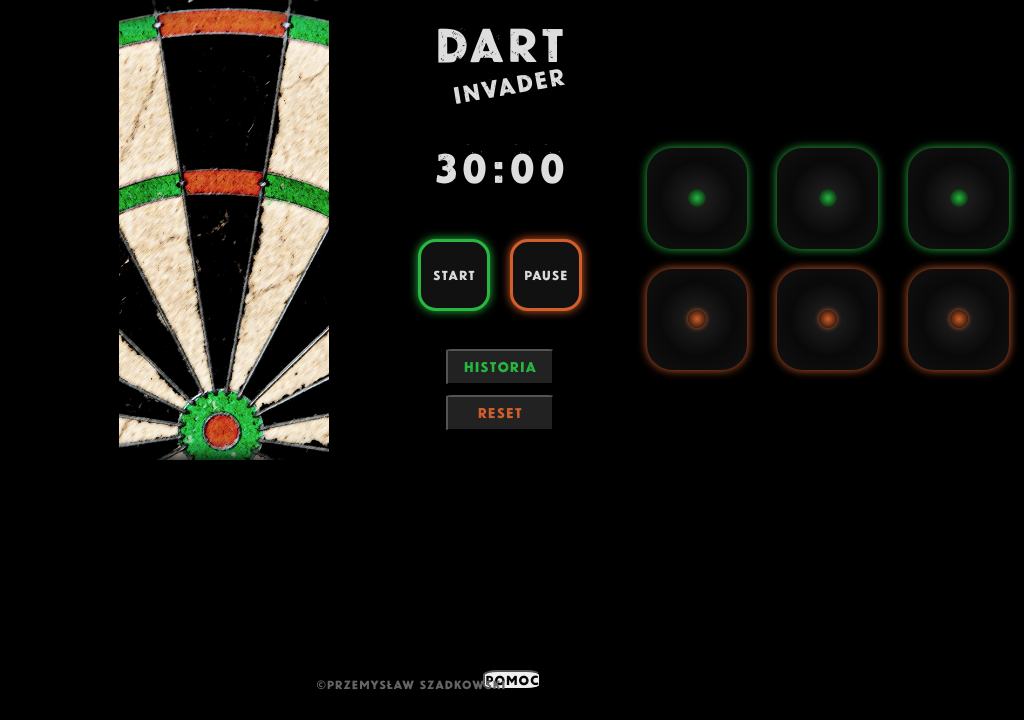
Repository: Przemek-Szadkowski/dart_invader
Page: index.html
These files come from the project's save history. The page is drawn as it stood at one moment and after the next save; the edit follows.
The browser window is 1024 px wide. The pictures show the whole page.

Above is the page before, as saved 2021-10-03 16:28:13.

### index.html
<!DOCTYPE html>
<html lang="pl">
  <head>
    <meta charset="UTF-8" />
    <meta name="viewport" content="width=device-width, initial-scale=1.0" />
    <meta http-equiv="X-UA-Compatible" content="ie=edge" />
    <title>Home | Dart Invader</title>
    <meta name="description" content="The best place to improve your darts" />
    <link rel="stylesheet" href="css/small.css" />
    <meta
      name="keywords"
      content="dart, practice, dart practice, dart training"
    />
    <meta name="robots" content="index,follow" />

    <!-- favicon -->
    <link
      rel="apple-touch-icon"
      sizes="57x57"
      href="./img/favicon/apple-icon-57x57.png"
    />
    <link
      rel="apple-touch-icon"
      sizes="60x60"
      href="./img/favicon/apple-icon-60x60.png"
    />
    <link
      rel="apple-touch-icon"
      sizes="72x72"
      href="./img/favicon/apple-icon-72x72.png"
    />
    <link
      rel="apple-touch-icon"
      sizes="76x76"
      href="./img/favicon/apple-icon-76x76.png"
    />
    <link
      rel="apple-touch-icon"
      sizes="114x114"
      href="./img/favicon/apple-icon-114x114.png"
    />
    <link
      rel="apple-touch-icon"
      sizes="120x120"
      href="./img/favicon/apple-icon-120x120.png"
    />
    <link
      rel="apple-touch-icon"
      sizes="144x144"
      href="./img/favicon/apple-icon-144x144.png"
    />
    <link
      rel="apple-touch-icon"
      sizes="152x152"
      href="./img/favicon/apple-icon-152x152.png"
    />
    <link
      rel="apple-touch-icon"
      sizes="180x180"
      href="./img/favicon/apple-icon-180x180.png"
    />
    <link
      rel="icon"
      type="image/png"
      sizes="192x192"
      href="./img/favicon/android-icon-192x192.png"
    />
    <link
      rel="icon"
      type="image/png"
      sizes="32x32"
      href="./img/favicon/favicon-32x32.png"
    />
    <link
      rel="icon"
      type="image/png"
      sizes="96x96"
      href="./img/favicon/favicon-96x96.png"
    />
    <link
      rel="icon"
      type="image/png"
      sizes="16x16"
      href="./img/favicon/favicon-16x16.png"
    />
    <link rel="manifest" href="./img/favicon/manifest.json" />
    <meta name="msapplication-TileColor" content="#ffffff" />
    <meta
      name="msapplication-TileImage"
      content="./img/favicon/ms-icon-144x144.png"
    />
    <meta name="theme-color" content="#ffffff" />
  </head>

  <body>
    <div class="dashboard">
      <div class="modal_outer">
        <div class="modal_inner">
          <button class="modal_reset">reset</button>
        </div>
      </div>
      <div class="history_modal_outer">
        <div class="history_modal_inner">
          <div class="table_container">
            <table class="results"></table>
          </div>
          <button class="history_reset">zamknij</button>
        </div>
      </div>
      <div class="hint">
        <div class="text"></div>
        <button class="next">dalej</button>
      </div>
      <main>
        <div class="screen">
          <p class="bigNumber"></p>
          <p class="smallNumber"></p>
          <p class="double"></p>
          <p class="triple"></p>
          <p class="bull"></p>
        </div>
      </main>
      <div class="panel">
        <header>
          <h1>Dart <span>Invader</span></h1>
        </header>
        <aside>
          <p class="timer"></p>
          <div class="controllers">
            <button class="start">start</button>
            <button class="pause">pause</button>
          </div>
          <div class="history_container">
            <div class="history">
              <button class="history_button">historia</button>
            </div>
            <div class="reset">
              <button class="reset_button">reset</button>
            </div>
          </div>
        </aside>
      </div>
    </div>
    <div class="buttons">
      <button class="first dart green"></button>
      <button class="second dart green"></button>
      <button class="third dart green"></button>
      <button class="first dart red"></button>
      <button class="second dart red"></button>
      <button class="third dart red third"></button>
    </div>
    <footer>
      <button class="help">pomoc</button
      ><a href="mailto:przemoszadkowski@o2.pl">&copy;Przemysław Szadkowski</a>
    </footer>
    <script type="module" src="./src/main.js"></script>
  </body>
</html>

### css/small.css
@font-face {
  font-family: BasicRusty;
  src: url(./Newcastle-BasicRusty.otf);
}

* {
  margin: 0;
  padding: 0;
  box-sizing: border-box;
}

html {
  font-family: BasicRusty, arial, sans-serif;
  font-size: 12px;
  color: #ddd;
  background-color: #111;
}

body {
  position: relative;
  height: 100vh;
  width: 100%;
  max-width: 500px;
  min-width: 230px;
  display: grid;
  grid-template-rows: 2fr 1fr 30px;
  background-color: black;
  margin: 0 auto;
}

.dashboard {
  grid-column-start: 1;
  grid-column-end: 3;
  display: grid;
  grid-template-columns: 2fr 1fr;
  justify-self: center;
}

.panel.disactive,
.buttons.disactive {
  pointer-events: none;
}

.panel {
  display: grid;
  grid-template-rows: 1fr 3fr;
}

button {
  font-family: BasicRusty, arial, sans-serif;
  border-radius: 25%;
}

button:focus {
  outline: none;
}

button:hover {
  cursor: pointer;
}

header,
.controllers,
.history {
  justify-self: center;
  align-self: center;
}

h1 {
  font-size: 4rem;
  padding: 0 5px;
}

h1 span {
  display: block;
  font-size: 2rem;
  text-align: right;
  transform: rotate(-10deg);
}

aside {
  display: grid;
  justify-self: center;
  align-self: center;
  grid-template-rows: repeat(3, 1fr);
}

aside p {
  font-size: 4rem;
  text-align: center;
}

aside .controllers {
  display: grid;
  grid-template-columns: repeat(2, 1fr);
  padding-bottom: 25px;
}

aside .controllers button {
  width: 10vh;
  height: 10vh;
  margin: 0 10px;
}

.start,
.pause {
  background-color: #111;
  color: #ddd;
  transition: 0.5s;
}

.start:disabled,
.pause:disabled {
  opacity: 0.2;
}

.start:focus,
.pause:focus {
  outline-style: none;
}

.start {
  border: 3px solid #28b741;
  box-shadow: 0 0 10px #28b741;
}

.pause {
  border: 3px solid #d15e2b;
  box-shadow: 0 0 10px #d15e2b;
}

.start:hover {
  color: #28b741;
  text-shadow: 0 0 10px #28b741;
}

.pause:hover {
  color: #d15e2b;
  text-shadow: 0 0 10px #d15e2b;
}

aside .history_container {
  display: grid;
  grid-template-rows: 1fr 1fr;
  justify-content: center;
  align-content: center;
}

div.history_container div {
  padding: 5px 10px;
}

div.history {
  margin-top: 5px;
}

div.history_container div button {
  width: 15vh;
  height: 5vh;
  background-color: #222;
  transition: 0.5s;
  border-radius: 5%;
  font-size: 1.2rem;
}

.reset_button {
  color: #d15e2b;
}

.history_button {
  color: #28b741;
}

.reset_button:hover {
  color: #e93717;
  background-color: #333;
}

.history_button:hover {
  color: #20d410;
  background-color: #333;
}

.history_button:disabled {
  background-color: #555;
  opacity: 0.2;
}

main {
  display: grid;
  justify-items: center;
  align-items: center;
}

div.screen {
  width: 100%;
  height: 100%;
  background-image: url(../img/small2.jpg);
  background-repeat: no-repeat;
  background-size: auto 100%;
  background-position: 50% 50%;
  position: relative;
}

/* drawing numbers block - START */

div.screen p.bigNumber,
div.screen p.smallNumber,
div.screen p.double,
div.screen p.bull,
div.screen p.triple {
  display: none;
}

div.screen p.bigNumber.visible,
div.screen p.smallNumber.visible,
div.screen p.double.visible,
div.screen p.bull.visible,
div.screen p.triple.visible {
  display: initial;
  position: absolute;
  top: 10%;
  left: 50%;
  transform: translateX(-50%);
  font-size: 6rem;
}

div.screen p.bigNumber.visible.anim,
div.screen p.smallNumber.visible.anim,
div.screen p.double.visible.anim,
div.screen p.bull.visible.anim,
div.screen p.triple.visible.anim {
  animation: numberShowing 2s;
}

div.screen p.smallNumber.visible {
  top: 45%;
  left: 50%;
  font-size: 4rem;
}

div.screen p.double.visible {
  top: -1%;
  left: 50%;
  font-size: 3rem;
}

div.screen p.bull.visible {
  top: 84%;
  left: 50%;
  font-size: 5rem;
}

div.screen p.triple.visible {
  top: 34%;
  left: 50%;
  font-size: 3rem;
}

/* drawing numbers block - END */

.buttons {
  grid-column-start: 1;
  grid-column-end: 3;
  display: grid;
  grid: 1fr 1fr / repeat(3, 1fr);
  justify-self: center;
  align-self: center;
}

.buttons button {
  position: relative;
  width: 10vh;
  height: 10vh;
  margin: 10px 15px;
  font-size: 1.5rem;
  background-image: radial-gradient(#000, #111);
  color: white;
  border-style: none;
}

.buttons button.green {
  box-shadow: 0 0 10px #28b741;
}

.buttons button.red {
  box-shadow: 0 0 10px #d15e2b;
}

.buttons button:focus {
  outline-style: none;
  border-style: inset;
}

.buttons button::after {
  content: "";
  position: absolute;
  top: 50%;
  left: 50%;
  width: 3em;
  height: 3em;
  transform: translate(-50%, -50%);
  background-image: radial-gradient(#222, #000);
  border-radius: 50%;
}

.buttons button::before {
  content: "";
  position: absolute;
  top: 50%;
  left: 50%;
  width: 1em;
  height: 1em;
  transform: translate(-50%, -50%);
  background-image: radial-gradient(#28b741, #000);
  border-radius: 50%;
  z-index: 1;
  transition: 0.3s;
}

.buttons button.score::before {
  width: 7vh;
  height: 7vh;
  box-shadow: 0 0 5px #28b741;
}

.buttons button:nth-child(4)::before,
.buttons button:nth-child(5)::before,
.buttons button:nth-child(6)::before {
  background-image: radial-gradient(#d15e2b, #000);
  box-shadow: 0 0 5px #d15e2b;
}

footer {
  grid-column-start: 1;
  grid-column-end: 3;
  text-align: center;
}

footer a {
  color: #666;
  text-transform: uppercase;
  text-decoration: none;
}

/* modal */

.modal_outer,
.history_modal_outer {
  display: none;
}

.modal_outer.visible,
.history_modal_outer.visible {
  display: initial;
  position: absolute;
  top: 0%;
  left: 0%;
  width: 100%;
  height: 100%;
  background-color: #000;
  opacity: 0.9;
  z-index: 2;
}

.modal_inner,
.history_modal_inner {
  display: grid;
  grid-template-columns: 1fr;
  grid-template-rows: 3fr;
  align-content: center;
  justify-content: center;
  position: absolute;
  top: 5%;
  left: 5%;
  right: 5%;
  bottom: 5%;
  border-radius: 4%;
  background-color: white;
  opacity: 0.9;
  z-index: 3;
}

.history_modal_inner {
  justify-content: stretch;
  align-content: space-around;
  grid-template-rows: 80% 1fr;
}

.modal_inner p {
  font-size: 4rem;
  text-align: center;
  color: #000;
  opacity: 1;
  align-items: center;
  justify-items: center;
}

.modal_inner p + p {
  font-size: 8rem;
}

.modal_inner button,
.history_modal_inner button {
  margin-top: 30%;
  padding: 3px;
  width: 50%;
  height: 4rem;
  border-radius: 5%;
  justify-self: center;
  font-size: 2rem;
  transition: 0.5s;
}

.history_modal_inner button {
  margin-top: 10%;
}

.modal_inner button:hover,
.history_modal_inner button:hover {
  background-color: #222;
  color: white;
}

.history_modal_inner table {
  margin: 0 20px;
  color: #000;
  font-size: 1.2rem;
  border: 1px solid black;
}

.table_container {
  width: 100%;
  display: grid;
  justify-content: stretch;
  overflow: scroll;
  margin-top: 30px;
}

table td {
  text-align: center;
}

table tr:nth-of-type(2n) {
  background-color: #ddd;
}

table th {
  background-color: #aaa;
}

/* help division */

#help {
  position: absolute;
  width: 16%;
  height: 5%;
  bottom: 1%;
  left: 1%;
  color: #fff;
  font-size: 1rem;
  border-radius: 0%;
  background-color: #555;
  border-radius: 5%;
  border: 2px solid #fff;
  opacity: 0.3;
  transition: 0.5s;
}

#help:hover {
  background-color: #999;
}

.hint {
  display: none;
}

.hint.visible {
  display: grid;
  position: absolute;
  top: 50%;
  left: 50%;
  transform: translate(-50%, -50%);
  padding: 10px 10px 20px;
  background-color: #fff;
  opacity: 0.9;
  border-radius: 5%;
  width: 80%;
  z-index: 4;
  transition: 0.1s;
}

.hint.visible.second {
  top: 20%;
  transform: translateX(-50%);
}

.hint.visible.third {
  top: 65%;
}

.hint.visible.fourth {
  top: 10%;
}

.hint.visible.fifth {
  top: 50%;
}

.hint.visible.seventh {
  top: 5%;
}

.hint.visible.eight {
  top: 30%;
}

.hint.visible.ninth {
  top: 61%;
}

.hint.visible.tenth {
  top: 50%;
  padding: 25px;
}

.hint.visible p {
  font-size: 1.2rem;
  color: #000;
  padding: 10px;
  text-align: center;
}

.hint.visible button {
  height: 140%;
  justify-self: end;
  margin-right: 3%;
  border-radius: 0%;
  width: 30%;
  background-color: #ccc;
  opacity: 0.8;
  color: #000;
  font-size: 1.2rem;
  border: 3px solid #000;
}

@media (orientation: landscape) and (max-width: 1100px) {
  body {
    max-width: 100%;
    grid-template-columns: 2fr 1fr 1fr;
    align-content: center;
  }

  .start,
  .pause {
    width: 15vh;
  }

  .reset_button,
  .history_button {
    width: 23vh;
    height: 7vh;
  }

  .buttons {
    height: 40%;
    grid-column-start: 3;
    grid-column-end: 4;
  }

  .buttons button {
    width: 14vh;
    height: 14vh;
  }

  .buttons button::after {
    width: 10vh;
    height: 10vh;
  }

  footer {
    grid-column-start: 1;
    grid-column-end: 4;
    align-self: end;
  }

  footer a {
    display: block;
    text-align: left;
    margin-left: 60px;
    position: absolute;
    width: 50%;
    height: 5%;
    bottom: 1%;
    left: 50%;
    transform: translateX(-50%);
  }

  #help {
    left: 80%;
  }
}

/* animations */

@keyframes numberShowing {
  0% {
    transform: scale(3) translateX(-10%);
    text-shadow: 5px 5px 0 #d15e2b, -5px -5px 0 #d15e2b, 5px -5px 0 #28b741,
      -5px 5px 0 #28b741;
  }
  100% {
    transform: scale(1) translateX(-50%);
    color: inherit;
  }
}

### src/practice.js
const PRACTICE_TIME = 1800;

class Practice {
    constructor() {
        this.practiceTime = PRACTICE_TIME;
        this.points = 0;
        this.isTimerPaused = false;
        this.practiceTimer = 0;
        this.showNextTarget = false;
        this.sessions = [];
    }

    startTimer(element, modal) {
        clearInterval(this.practiceTimer);
        this.practiceTimer = setInterval(() => {
            if(!this.isTimerPaused) {
                this.practiceTime -= 1;
                const minutes = Math.floor(this.practiceTime / 60);
                const seconds = this.practiceTime % 60;
                if(minutes === 0 && seconds === 0) {
                    element.textContent = '00:00';
                    clearInterval(this.practiceTimer);
                    modal.classList.add('visible');
                    const inner_modal = modal.querySelector('.modal_inner');
                    this.practiceResume(inner_modal);
                    this.saveToLocalStorage();
                } else {
                    element.textContent = `${minutes >= 10 ? minutes : '0' +  minutes}:${seconds >= 10 ? seconds : '0' + seconds}`;
                }
            } else {
                clearInterval(this.practiceTimer);
            }
        }, 1000)
    }

    pauseTimer() {
        this.isTimerPaused = true;
    }

    resetPractice() {
        this.practiceTime = PRACTICE_TIME;
        this.points = 0;
        this.isTimerPaused = false;
        clearInterval(this.practiceTimer);
        this.practiceTimer = 0;
        this.showNextTarget = false;
    }

    addPoint() {
        this.points++;
    }

    subtractPoint() {
        this.points--;
    }

    practiceResume(modal) {
        const resumeText = `<p>Twój wynik:</p>
        <p>${this.points}</p>`;
        modal.insertAdjacentHTML('afterbegin', resumeText);
    }

    saveToLocalStorage() {
        let previousSessionsFromLocalStorage = JSON.parse(localStorage.getItem('sessions'));
        console.log(previousSessionsFromLocalStorage);

        const today = new Date();
        const day = today.getDate();
        const month = today.getMonth() + 1;
        const year = today.getFullYear();
        const hour = today.getHours();
        const minutes = today.getMinutes();

        const session = `<tr><td>${day}/${month}/${year}</td><td>${hour}:${minutes > 10 ? minutes : '0' + minutes}</td><td>${this.points}</td></tr>`

        if(previousSessionsFromLocalStorage === null) previousSessionsFromLocalStorage = [];
        previousSessionsFromLocalStorage.push(session);

        localStorage.setItem('sessions', JSON.stringify(previousSessionsFromLocalStorage));
    }
}

export default Practice;

### src/setTargets.js
const NUMBERS = [1,2,3,4,5,6,7,8,9,10,11,12,13,14,15,16,17,18,19,20];
const specialSet = [25, 50];

class Target {
    constructor() {
        this.dartsInRound = 0;
        this.bigNumbers = [...NUMBERS];
    }
    addDartInRound() {
        this.dartsInRound++;
    }
    resetDarts() {
        this.dartsInRound = 0;
    }
    //draw method
    drawNumber(element, category = '', special = false) {
        if(special) {
            const newTarget = Math.floor(Math.random() * specialSet.length);
            element.textContent = `${category}${specialSet[newTarget]}`;
            element.classList.add('visible');
            element.classList.add('anim');
            setTimeout(()=> {
                element.classList.remove('anim');//animations runs every time anim class is added
            }, 2000)
        } else {
            if(this.bigNumbers.length === 0) {
                this.bigNumbers = [...NUMBERS];
            }
            const newTarget = Math.floor(Math.random() * this.bigNumbers.length);
            element.textContent = `${category}${this.bigNumbers[newTarget]}`;
            element.classList.add('visible');
            element.classList.add('anim');
            setTimeout(()=> {
                element.classList.remove('anim');
            }, 2000)
            this.bigNumbers.splice(newTarget, 1);
        }
    }
}

export default Target;

### src/help.js
class Help {
    constructor() {
        this.firstStep = `<p>Witaj!</p>
        <p>Jeśli chcesz udoskonalić swoje umiejętności darterskie to właśnie trafiłeś w T20!</p>
        <p>Dart Invader sprawi, że w krótkim czasie poprawisz swoją celność i na bieżąco będziesz śledził postępy.
        </p>`;
        this.secondStep = `<p>Trening trwa 30 minut. Ropoczynasz go przyciskiem START i w każdej chwili możesz zatrzymać przyciskiem PAUSE</p>`;
        this.thirdStep = `<p>Przez 30 minut na tarczy będą pojawiały się kolejne pola, w które musisz trafić lotką. Na każde pole masz trzy rzuty tak, jak w standardowej darterskiej kolejce.</p>`;
        this.fourthStep = `<p>Rezultat rzutów zaznaczasz na dolnych przyciskach. Pierwsza para przycisków to pierwsza lotka, potem druga para i trzecia. Za każdą lotkę trafioną we wskazane pole wciskasz zielony przycisk, a za nietrafioną czerwony. Po zaznaczeniu trzech rzutów, aplikacja automatycznie wygeneruje dla Ciebie kolejny cel. Rzucasz lotkami i znów zaznaczasz rezultat.</p>`;
        this.fifthStep = `<p>Najpierw trafiasz w duże pola, następnie w małe, potem celem stają się double i czasami bull. Po nich zmierzysz się z triplami, a jeśli uda Ci się dojść przez 30 minut do ostatniego etapu, to znów zmierzysz się z doublami.</p>`;
        this.sixthStep = `<p>Za każdą trafioną lotkę otrzymujesz jeden punkt. W czasie treningu nie widzisz sumy zdobytych punktów, dlatego żebyś mógł skupić się na każdym pojedynczym celu. Ujrzysz je po upływie 30 minut.</p>`;
        this.seventhStep = `<p>Zdobyte przez Ciebie punkty zostaną zapisane w pamięci Twojej przeglądarki. Możesz sprawdzić ich ilość wciskając przycisk historia. Znajdziesz tam również zapis ilości punktów, które udało Ci się zdobyć w poprzednich treningach.</p>`;
        this.eightStep = `<p>Ważne!</p><p>Dane pozostaną zapisane w historii dopóki nie wykasujesz pamięci podręcznej przeglądarki!</p><p>Usunąć te dane może również oprogramowanie do optymalizacji telefonu, uważaj zatem by, ich przypadkowo nie usunąć!</p>`;
        this.ninthStep = `<p>Jeśli musisz zrezygnować z treningu w trakcie jego trwania, wciśnij przycisk reset. Aplikacja zostanie zatrzymana, a zdobyte punkty nie zostaną zapisane w historii. By ponownie rozpocząć trening, wciśnij przycisk start.</p>`;
        this.tenthStep = `<p>Zawsze możesz wrócić pomiędzy treningami do przeczytanych przed chwilą informacji, wciskając przycisk pomoc</p>`;
        this.eleventhStep = `<p>A teraz zapraszam Cię do rozpoczęcia treningu i życzę celnych rzutów!</p>`;
    }
}

export default Help;

Loaded but not shown: src/main.js (258 lines, source omitted)

After the next save:
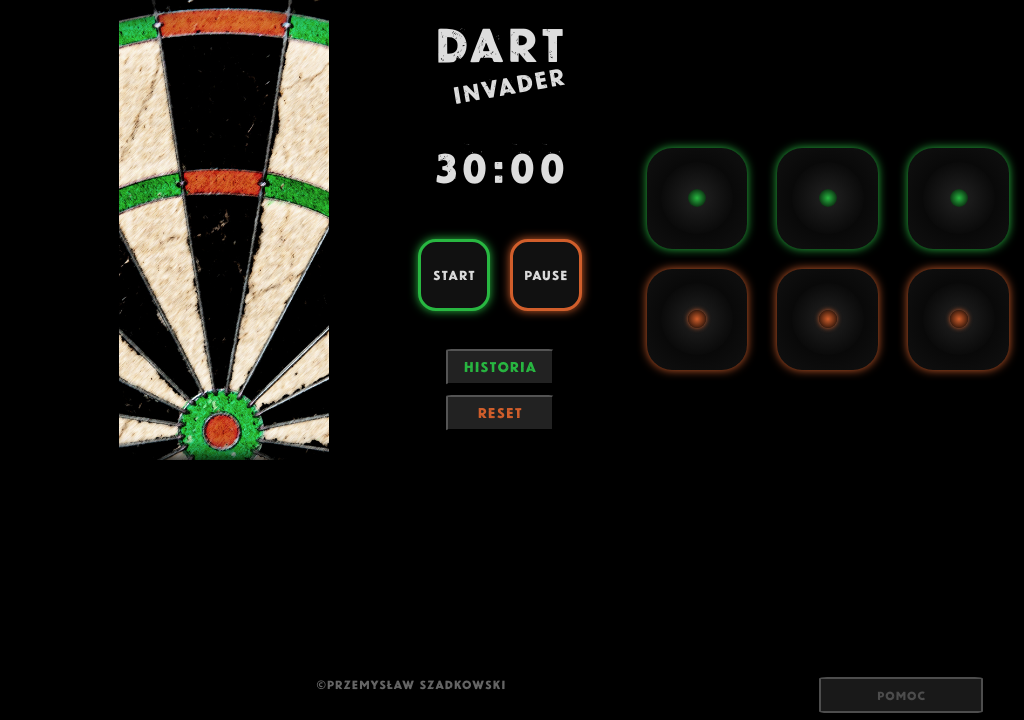
Saved 21 s later.
--- a/css/small.css
+++ b/css/small.css
@@ -451,7 +451,7 @@
 
 /* help division */
 
-#help {
+.help {
   position: absolute;
   width: 16%;
   height: 5%;
@@ -467,7 +467,7 @@
   transition: 0.5s;
 }
 
-#help:hover {
+.help:hover {
   background-color: #999;
 }
 
@@ -596,7 +596,7 @@
     transform: translateX(-50%);
   }
 
-  #help {
+  .help {
     left: 80%;
   }
 }
